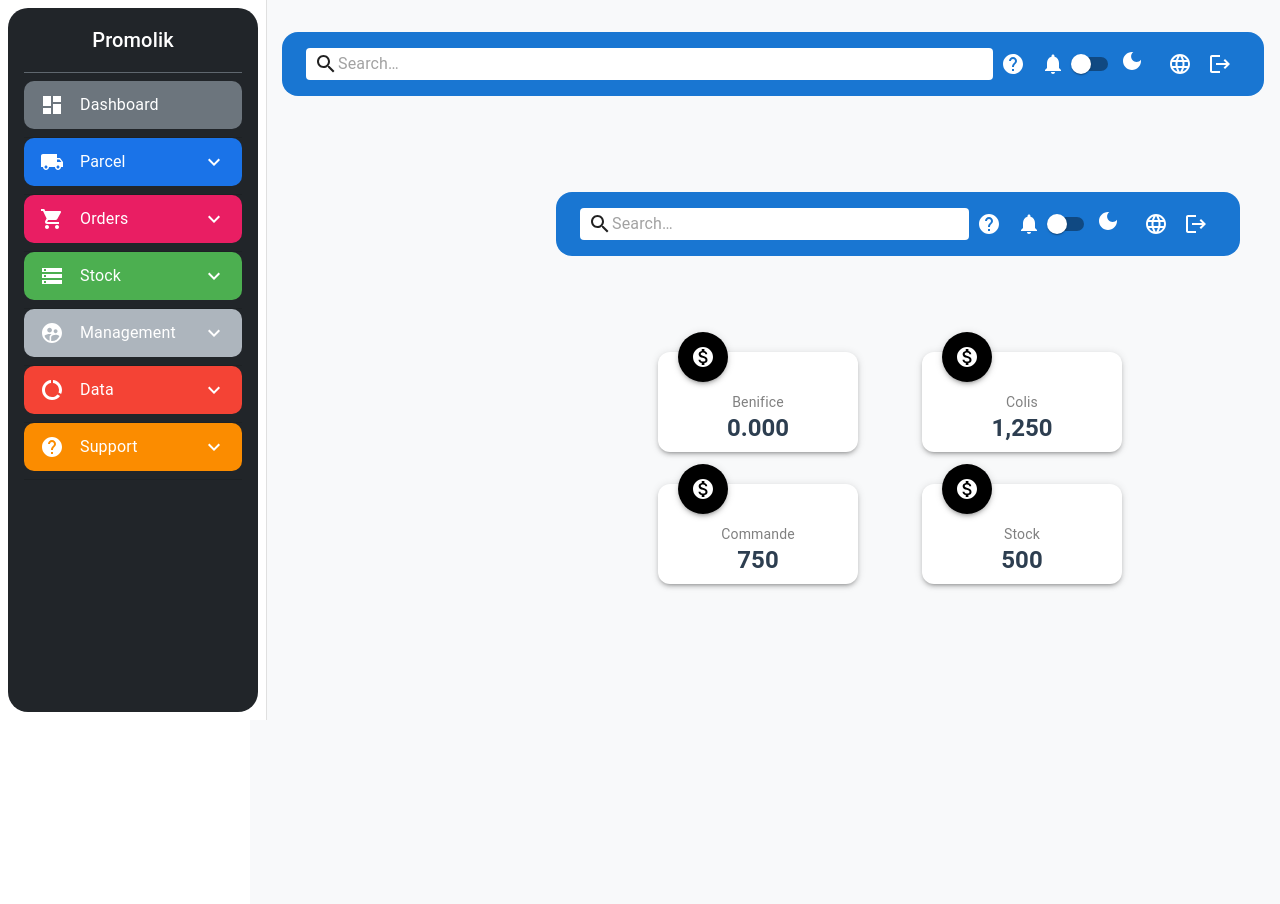
Repository: yosrjdly/stk
Page: /dashboard (app in dashboard/)
The author's editor kept a copy of each file at every save. The page is drawn from the files as they stood at one save, then again after the next save.
The browser window is 1280 px wide. The pictures show the whole page.
The project was rebuilt for these pictures with package versions that can differ from the ones it lists, and the page was loaded fresh each time. The framework's server and built-in components were replaced by stand-ins that run in the browser. Also part of the build but not shown: dashboard/next.config.ts.

Above is the page before, as saved 2025-02-14 17:49:20.

After the next save:
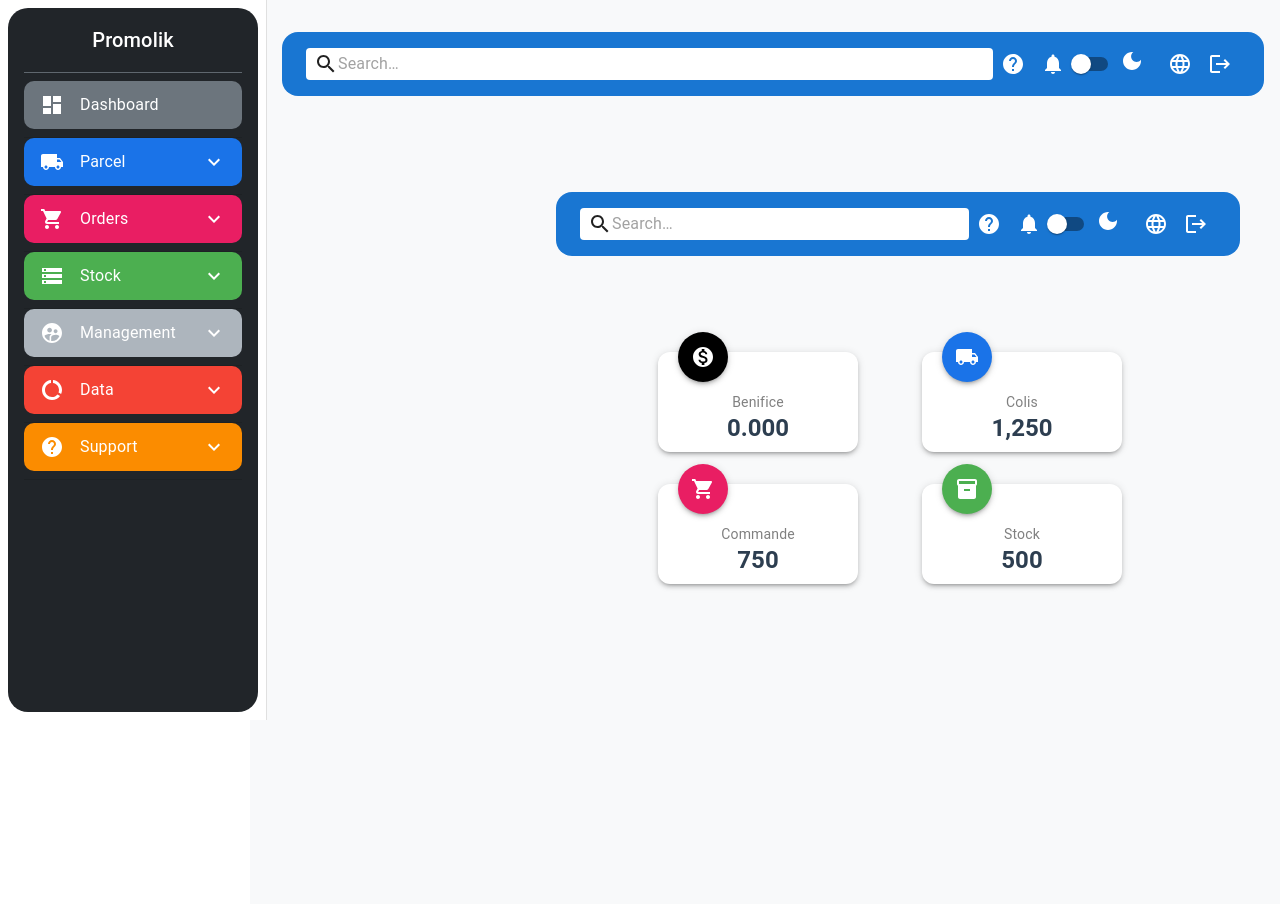
Saved 3 min 16 s later.
--- a/dashboard/src/componenets/cards/smallCard/StatisticCard.tsx
+++ b/dashboard/src/componenets/cards/smallCard/StatisticCard.tsx
@@ -3,8 +3,21 @@
 import React from 'react';
 import { Card, CardContent, Typography, Box } from '@mui/material';
 import MonetizationOnIcon from '@mui/icons-material/MonetizationOn';
+import LocalShippingIcon from '@mui/icons-material/LocalShipping';
+import ShoppingCartIcon from '@mui/icons-material/ShoppingCart';
+import InventoryIcon from '@mui/icons-material/Inventory';
 
-const StatisticCard = ({ title, value }: { title: string; value: string }) => {
+const StatisticCard = ({
+  title,
+  value,
+  icon,
+  bgColor,
+}: {
+  title: string;
+  value: string;
+  icon: React.ReactNode;
+  bgColor: string;
+}) => {
   return (
     <Box sx={{ position: 'relative', display: 'inline-block', mx: 2 }}>
       {/* Floating Icon */}
@@ -16,14 +29,14 @@ const StatisticCard = ({ title, value }: { title: string; value: string }) => {
           width: 50,
           height: 50,
           borderRadius: '50%',
-          backgroundColor: 'black',
+          backgroundColor: bgColor,
           display: 'flex',
           alignItems: 'center',
           justifyContent: 'center',
           boxShadow: 3,
         }}
       >
-        <MonetizationOnIcon sx={{ color: 'white' }} />
+        {icon}
       </Box>
 
       {/* Card */}
@@ -53,16 +66,16 @@ const StatisticCard = ({ title, value }: { title: string; value: string }) => {
 
 const DashboardStats = () => {
   const stats = [
-    { title: 'Benifice', value: '0.000' },
-    { title: 'Colis', value: '1,250' },
-    { title: 'Commande', value: '750' },
-    { title: 'Stock', value: '500' },
+    { title: 'Benifice', value: '0.000', icon: <MonetizationOnIcon sx={{ color: 'white' }} />, bgColor: 'black' },
+    { title: 'Colis', value: '1,250', icon: <LocalShippingIcon sx={{ color: 'white' }} />, bgColor: '#1a73e8' },
+    { title: 'Commande', value: '750', icon: <ShoppingCartIcon sx={{ color: 'white' }} />, bgColor: '#e91e63' },
+    { title: 'Stock', value: '500', icon: <InventoryIcon sx={{ color: 'white' }} />, bgColor: '#4caf50' },
   ];
 
   return (
     <Box display="flex" justifyContent="center" gap={4} flexWrap="wrap" mt={4}>
       {stats.map((stat, index) => (
-        <StatisticCard key={index} title={stat.title} value={stat.value} />
+        <StatisticCard key={index} title={stat.title} value={stat.value} icon={stat.icon} bgColor={stat.bgColor} />
       ))}
     </Box>
   );
